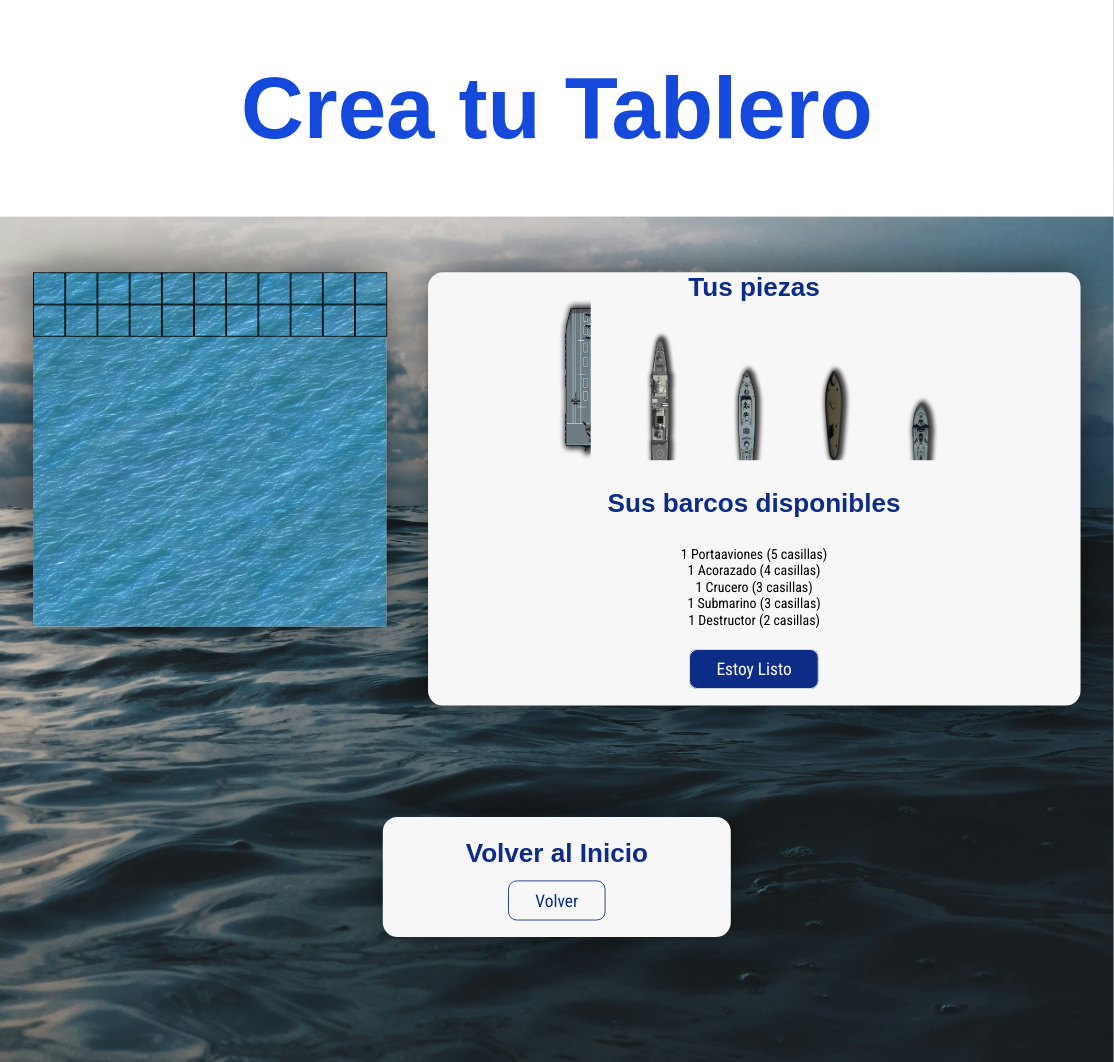
Repository: alfredorndon/taller-web-grupal
Page: client/tablero-barcos.html
These files come from the project's save history. The page is drawn as it stood at one moment and after the next save; the edit follows.
The browser window is 1280 px wide. The pictures show the whole page, at 87% of full size.
Some web fonts or font styles are not loaded; a fallback is used.

Above is the page before, as saved 2024-12-11 16:03:44.

After the next save:
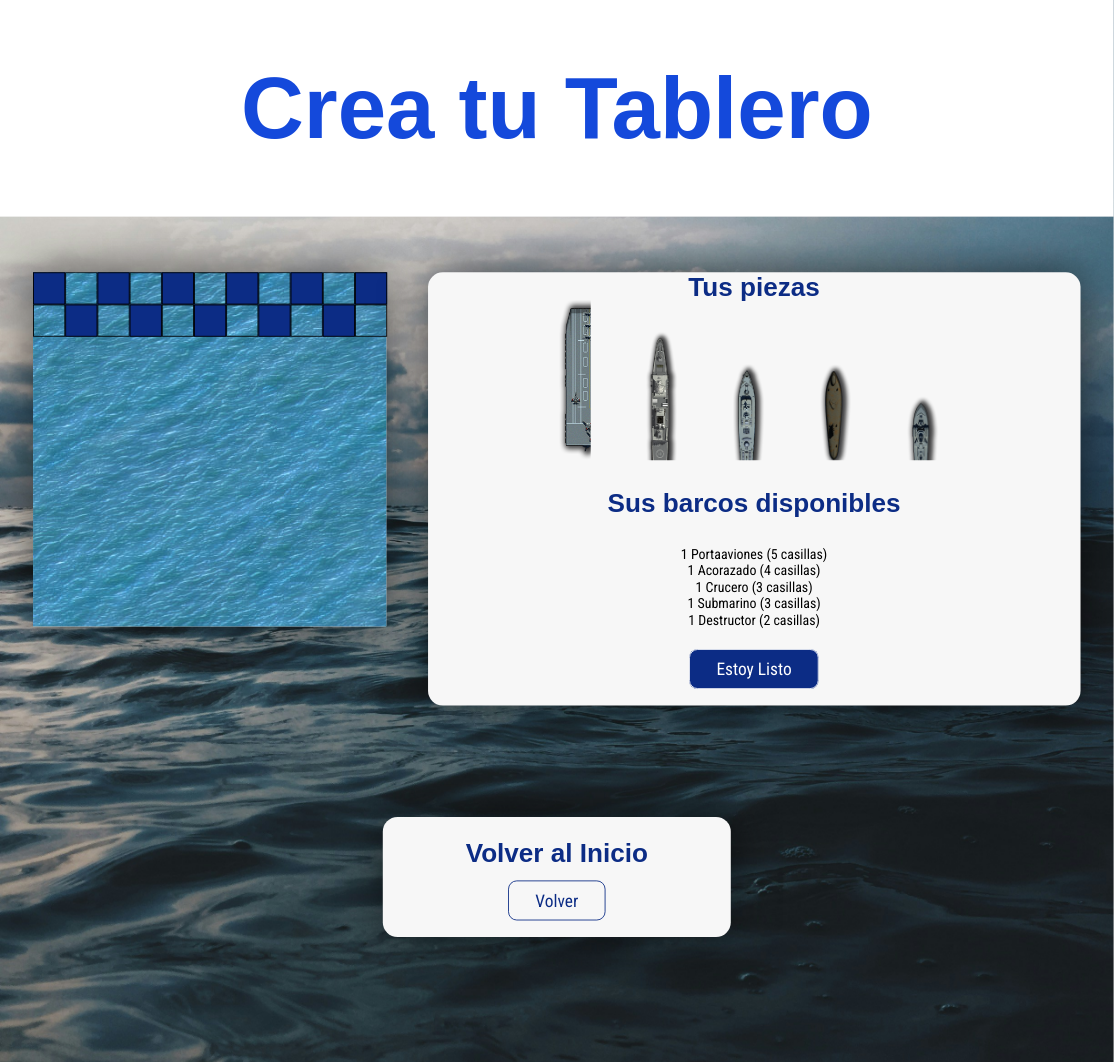
Saved 72 s later.
--- a/client/script/script.js
+++ b/client/script/script.js
@@ -11,7 +11,7 @@ function crearTablero ()
         for (let i=0; i<=columnas; i++)
         {
             let header = document.createElement('div');
-            header.setAttribute('class', 'position table-head'+i);
+            header.setAttribute('class', 'position table-head '+i);
             tablero.appendChild(header);
             let celda = document.createElement('div');
             for (let k=1; k<=filas; k++)
